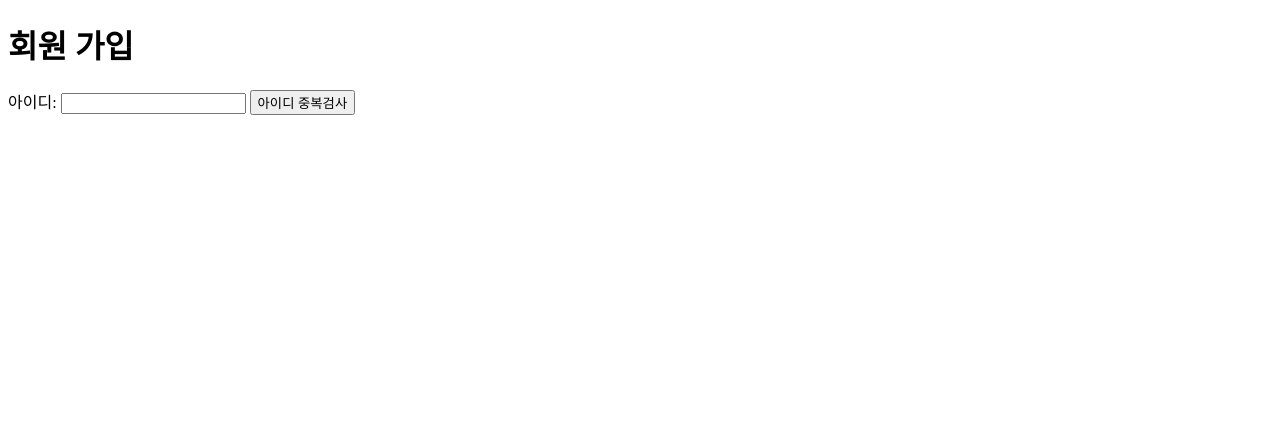
Repository: woneeseo/javastudy
Page: htmlStudy/workspace_html/HelloWorld/WebContent/test2.html
An editor plug-in stored every save of this project. The page is shown before and after the next save, followed by the edit.
The browser window is 1280 px wide. The pictures show the whole page.

Above is the page before, as saved 2020-12-07 00:46:29.

After the next save:
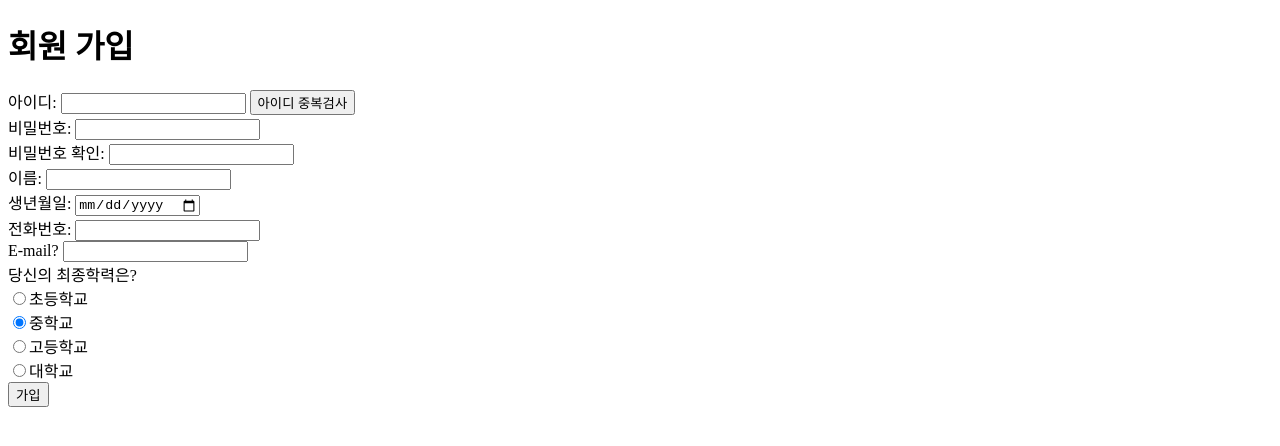
Saved 6 min 40 s later.
--- a/htmlStudy/workspace_html/HelloWorld/WebContent/test2.html
+++ b/htmlStudy/workspace_html/HelloWorld/WebContent/test2.html
@@ -15,6 +15,39 @@
 	<input type="submit" value="아이디 중복검사">
 	<br>
 
+	<label for="pw1">비밀번호: </label>
+	<input id="pw1" type="password" name="pw1">
+	<br>
+
+	<label for="pw2">비밀번호 확인: </label>
+	<input id="pw2" type="password" name="pw2">
+	<br>
+
+	<label for="name">이름: </label>
+	<input id="name" name="name">
+	<br>
+
+	<label for="birth">생년월일: </label>
+	<input id="birth" type="date" name="birth">
+	<br>
+
+	<label for="tel">전화번호: </label>
+	<input id="tel" type="tel" name="tel">
+	<br>
+
+	<label for="email">E-mail?</label>
+	<input id="email" type="email" name="email">
+	<br>
+
+	<label>당신의 최종학력은?</label><br>
+	<input type="radio" name="school" value="es" id="es"><label for="es">초등학교</label><br>
+	<input type="radio" name="school" value="ms" id="ms" checked><label for="ms">중학교</label><br>
+	<input type="radio" name="school" value="hs" id="hs"><label for="hs">고등학교</label><br>
+	<input type="radio" name="school" value="us" id="us"><label for="us">대학교</label><br>
+
+	<input type="submit" value="가입">
+	<br>
+
 
 </form>
 
